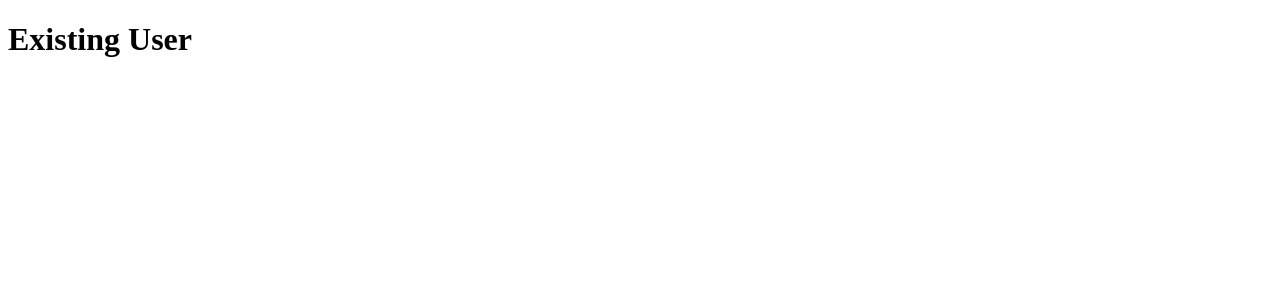
Repository: abigailCul/DistributedSystemsProject
Page: http://localhost/bookingClient/jsp/existingUser.jsp
The author's editor kept a copy of each file at every save. The page is drawn from the files as they stood at one save, then again after the next save.
The browser window is 1280 px wide. The pictures show the whole page.
The page is served by Tomcat 9. Other server files are loaded and not shown.

Above is the page before, as saved 2018-12-10 15:02:58.

### WorkingProject/bookingClient/src/main/webapp/jsp/existingUser.jsp
<%@ page language="java" contentType="text/html; charset=ISO-8859-1"
    pageEncoding="ISO-8859-1"%>
<!DOCTYPE html>
<html>
<head>
<meta charset="ISO-8859-1">
<title>ExistingUser</title>
</head>
<body>
<h1>Existing User</h1>
</body>
</html>

After the next save:
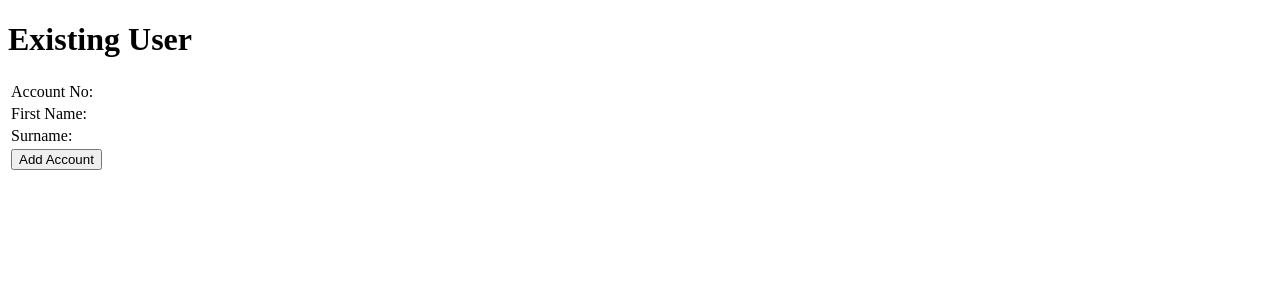
Saved 4 min 13 s later.
--- a/WorkingProject/bookingClient/src/main/webapp/jsp/existingUser.jsp
+++ b/WorkingProject/bookingClient/src/main/webapp/jsp/existingUser.jsp
@@ -8,5 +8,27 @@
 </head>
 <body>
 <h1>Existing User</h1>
+
+	<form:form modelAttribute="rentals">
+ 		<table>
+			<tr>
+				<td>Account No:</td>
+				<td><form:input path="booking.accNo"></form:input></td>
+			</tr>
+  			<tr>
+				<td>First Name:</td>
+				<td><form:input path="accounts.fname"></form:input></td>
+			</tr>
+			<tr>
+				<td>Surname:</td>
+				<td><form:input path="accounts.surname"></form:input></td>
+			</tr>
+			<tr>
+				<td colspan="2">
+					<input type="submit" value="Add Account"/>
+				</td>
+			</tr>
+		</table>
+	</form:form>
 </body>
 </html>
